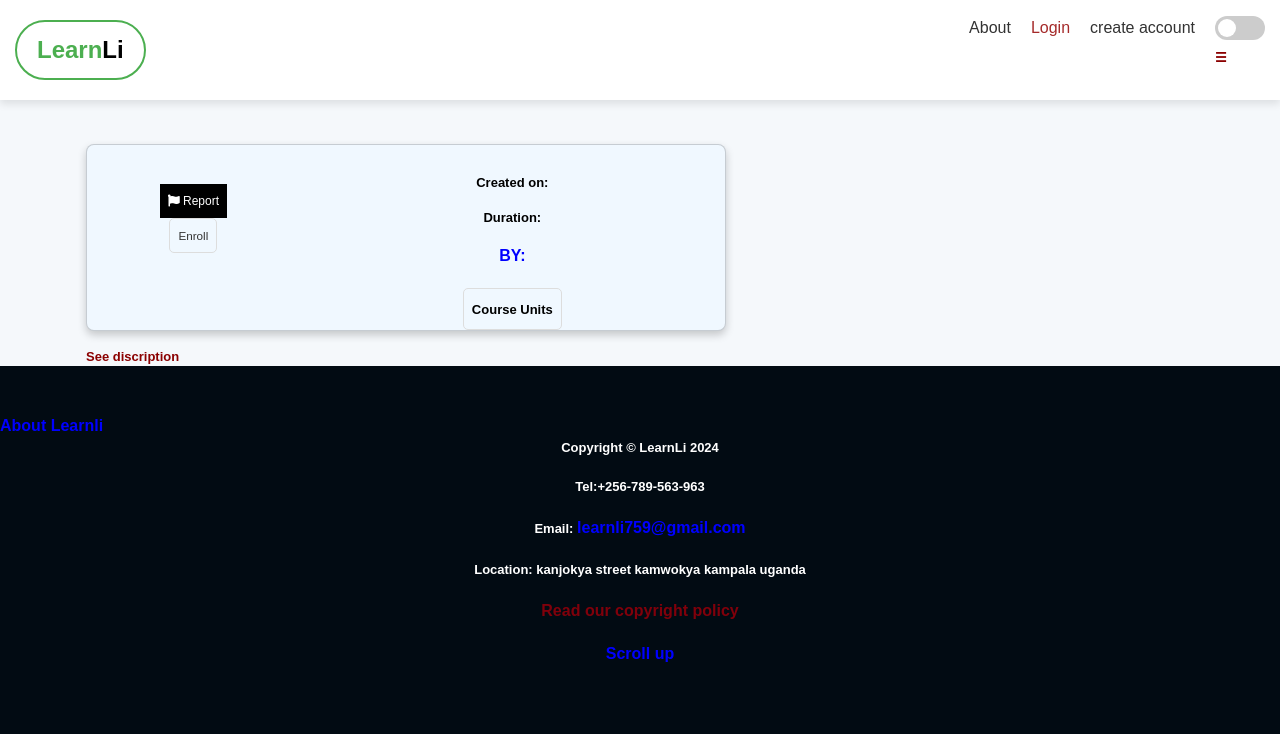
Repository: Learnli23/Learnli
Page: Learnli/Works/templates/course_details.html
These files come from the project's save history. The page is drawn as it stood at one moment and after the next save; the edit follows.
The browser window is 1280 px wide. The pictures show the whole page.
The template is drawn by Django 2.2. The application's start-up code is not run. The template is opened directly, without the code that normally fills it, so the values that code supplies are empty.

Above is the page before, as saved 2024-12-04 21:52:12.

After the next save:
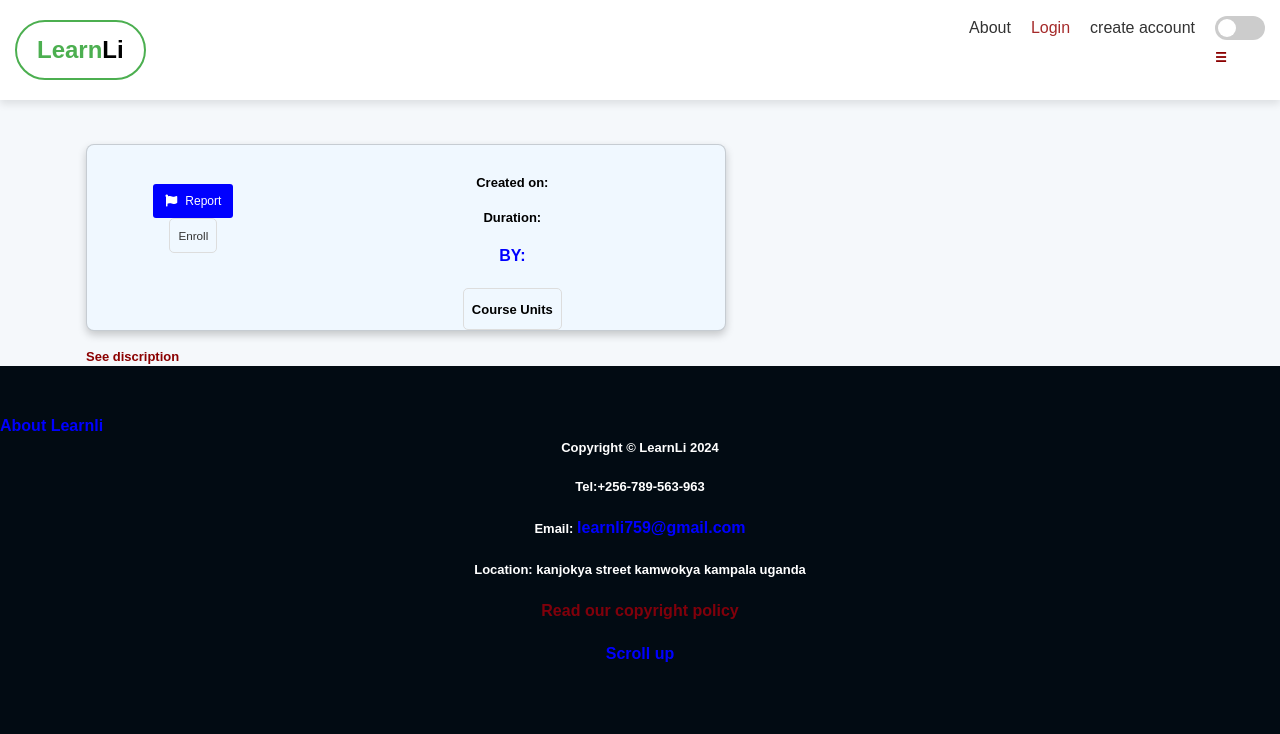
Saved 98 s later.
--- a/Learnli/Works/templates/course_details.html
+++ b/Learnli/Works/templates/course_details.html
@@ -84,4 +84,39 @@
 
 
 
+
+
+
+<style>
+
+  /* Add this in your main CSS file, e.g., styles.css */
+
+  /* Style the Report button */
+  .report-btn {
+    display: inline-flex;
+    align-items: center;
+    padding: 8px 12px;
+    background-color:blue;  /* Red background */
+    color: white;           /* White text */
+    border: none;
+    border-radius: 3px;
+    font-size: 12px;
+    cursor: pointer;
+    transition: background-color 0.3s ease;
+  }
+
+  /* Change background color on hover */
+  .report-btn:hover {
+    background-color:red;
+  }
+
+  /* Add margin between icon and text */
+  .report-btn i {
+    margin-right: 8px;
+  }
+
+
+  </style>
+
+
 {% endblock %}
